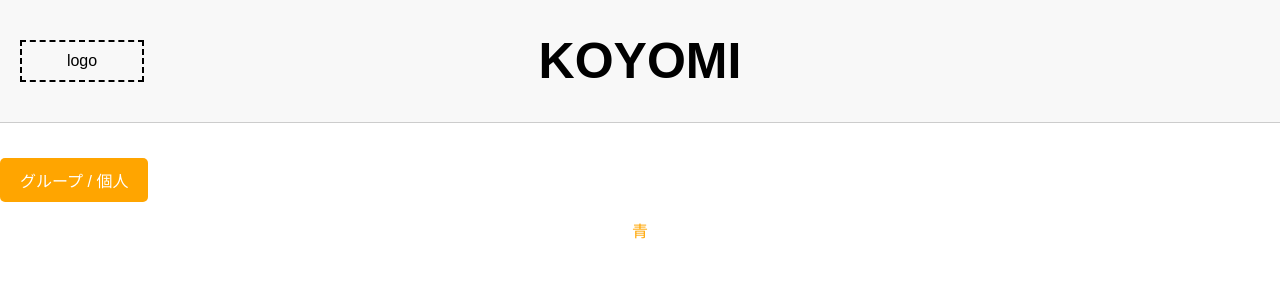
Repository: teramu0602/koyomi
Page: http://localhost/grouplist
These files come from the project's save history. The page is drawn as it stood at one moment and after the next save; the edit follows.
The browser window is 1280 px wide. The pictures show the whole page.
Some web fonts or font styles are not loaded; a fallback is used. The page is served by the project's Laravel application, run on PHP 8.4 with Laravel 9. Other server files are loaded and not shown. Style sheets and scripts are compiled from the project's sources, by tool versions that may differ from the author's.

Above is the page before, as saved 2025-02-22 10:00:34.

### routes/web.php
<?php

use Illuminate\Support\Facades\Route;
use App\Http\Controllers\CalendarController;
use App\Http\Controllers\PostController;
use App\Http\Controllers\Auth\LoginController;



/*
|--------------------------------------------------------------------------
| Web Routes
|--------------------------------------------------------------------------
|
| Here is where you can register web routes for your application. These
| routes are loaded by the RouteServiceProvider within a group which
| contains the "web" middleware group. Now create something great!
|
*/

Route::get('/', function () {
    return view('welcome');
});

Route::get('/admin', function () {
    return view('layouts/admin');
});

Route::get('/admin/home', function () {
    return view('calender/home');
});

Route::get('/custom-login', [LoginController::class, 'showLoginForm'])->name('custom.login');
Route::post('/custom-login', [LoginController::class, 'login'])->name('custom.login.submit');
Route::get('/custom-login', function () {
    return view('admin/login');
});

Route::get('/signup', function () {
    return view('admin/signup');
});
Auth::routes();

Route::get('/home', [App\Http\Controllers\HomeController::class, 'index'])->name('home');



Route::get('/calendar', function () {
    return view('calender/calendar');
})->name('calendar');

Route::get('/calendar/{year}/{month}', [CalendarController::class, 'show'])->name('calendar.show');
Route::get('/admin/home/{year}/{month}', [CalendarController::class, 'showAdmin'])->name('calendar.admin.show');

Route::get('/admin/home', [CalendarController::class, 'index']);

Route::get('/grouplist', function () {
    return view('admin/group_list');
});

### resources/views/admin/group_list.blade.php
@extends('layouts.admin_calender')
<head>
<link href="{{ asset('css/common.admin.css') }}" rel="stylesheet">
</head>

@section('content')
<div class = "container">
<button class="switch_button" onclick="toggleMode()">グループ / 個人</button>
</div>
<p class = "purple">青</p>
@endsection

### resources/views/layouts/admin_calender.blade.php
<!DOCTYPE html>
<html lang="{{ app()->getLocale() }}">
    <head>
        <meta charset="utf-8">
        <meta http-equiv="X-UA-Compatible" content="IE=edge">
        <meta name="viewport" content="width=device-width, initial-scale=1">
        <meta name="csrf-token" content="{{ csrf_token() }}">

        <title>@yield('title')</title>

        <script src="{{ asset('js/app.js') }}" defer></script>

        <link rel="dns-prefetch" href="https://fonts.gstatic.com">
        <link href="https://fonts.googleapis.com/css?family=Raleway:300,400,600" rel="stylesheet" type="text/css">

        <link href="{{ asset('css/admin.css') }}" rel="stylesheet">


    </head>

   <header>
        <div class="logo">logo</div>
        <h1 class="service-name">KOYOMI</h1>
        @yield('drop_menu')
    </header>

    <main>
    @yield('content')
    </main>
    <body>
    </body>

</html>

### public/css/common.admin.css
html, body {
    width: 100%;
    margin: 0; /* 不要なマージンを削除 */
    padding: 0; /* 不要なパディングを削除 */
}

.container {
    width: 100%;
}

button {
    background-color: orange !important;
    color: red;
    border: none;
    border-radius: 5px;
    cursor: pointer;
    margin: 0!important;
    margin-top: 35px!important;
    font-size: 16px;

    display: flex !important;
    justify-content: flex-end !important;
  }




.purple {
    color: orange;
}

.switch_button{
    display: flex ;
    justify-content: flex-end ;


}

### resources/sass/admin.scss
@charset "UTF-8";
body {
  font-family: Arial, sans-serif;
  text-align: center;
  margin: 0;
  padding: 0;
}

header {
  display: flex;
  justify-content: center;
  align-items: center;
  width: 100%;

  padding: 40px 0px 40px 0px;
  background-color: #f8f8f8;
  border-bottom: 1px solid #ccc;
}

.logo {
  border: 2px dashed black;
  padding: 10px;
  width: 100px;
  text-align: center;
  margin-right: auto;
  margin-left: 20px;
}

.service-name {
  font-size: 50px;
  position: absolute; /* ページ全体に対して中央配置 */
  left: 50%;
  transform: translateX(-50%); /* 画面の中央に配置 */
  text-align: center; /* 中央揃え */
}

main {
  margin-top: 0px;
  background: linear-gradient(to bottom, orange 0%, white 0%);
}

h2 {
  font-size: 22px;
  margin-bottom: 50px;
}

form {
  display: flex;
  flex-direction: column;
  align-items: center;
  gap: 10px;
}

label {
  font-weight: bold;
}

input {
  width: 300px;
  padding: 8px;
  border: 1px solid #ccc;
  border-radius: 4px;
}

button {
  background-color: #666;
  color: white;
  padding: 10px 20px;
  border: none;
  border-radius: 5px;
  cursor: pointer;
  margin-top: 35px;
  font-size: 16px;
}

button:hover {
  background-color: #444;
}

.login-link {
  margin-top: 40px;
  font-size: 14px;
  color: #555;
}

.checkbox {
  margin: 30px;
  display: flex; /* 横並びにする */
  align-items: center;
  margin-right: 170px;
}

.checkbox input[type=checkbox] {
  margin-right: 10px; /* チェックボックスとテキストの間隔 */
}

.remember {
  font-size: 14px;
}

input#remember {
  width: 10px; /* 幅を300pxに設定 */
  height: 20px; /* 高さを13pxに設定 */
}

.checkbox label {
  font-weight: normal;
}

table {
  width: 100%;
  border-collapse: collapse;
}

td {
  border: 1px solid grey;
  text-align: left; /* 左揃え */
  vertical-align: top; /* 上揃え */

  padding: 0px 0px 150px 0px;

}

th {
  background: white;
  text-align: center;
  padding: 10px;
}

.sunday {
  background: pink;
  color: red;
}

.red {
  color: red;
}

.saturday {
  background: pink;
  color: blue;
}

.blue{
  color: blue;
}

.next-month {
  background: #ccc;
  color: #666;
}

.month_toggle {
  text-decoration: none;
  color: black;
}

.nav-item {
  list-style: none;
  margin-right: 20px;
}

.pink {
  color: pink;
  background-color: purple;
}
.prev-month, .next-month {
  background: #ccc;
  color: #666;
}

.switch {
  background-color: orange;
  padding: 0px 0px 35px 0px;
  font-size: 20px;
}

.who {
  background-color: palegoldenrod;
  font-size: 20px;
  margin-right: 400px;
}

.switch_button{
  margin-left: 400px;
}

table {
  width: 80%; /* テーブルの幅を90%に設定 */
  margin-left: auto; /* 左側の空白 */
  margin-right: auto; /* 右側の空白 */
  margin-bottom: 50px;
}

Loaded but not shown: app/Http/Controllers/Auth/ConfirmPasswordController.php (common file); app/Http/Controllers/Controller.php (common file)

After the next save:
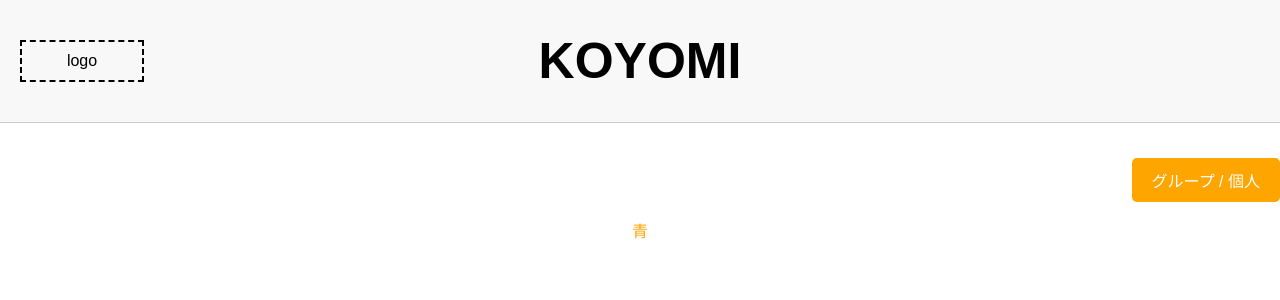
Saved 54 s later.
--- a/public/css/common.admin.css
+++ b/public/css/common.admin.css
@@ -6,6 +6,8 @@ html, body {
 
 .container {
     width: 100%;
+    display: flex !important;
+    justify-content: flex-end !important;
 }
 
 button {
